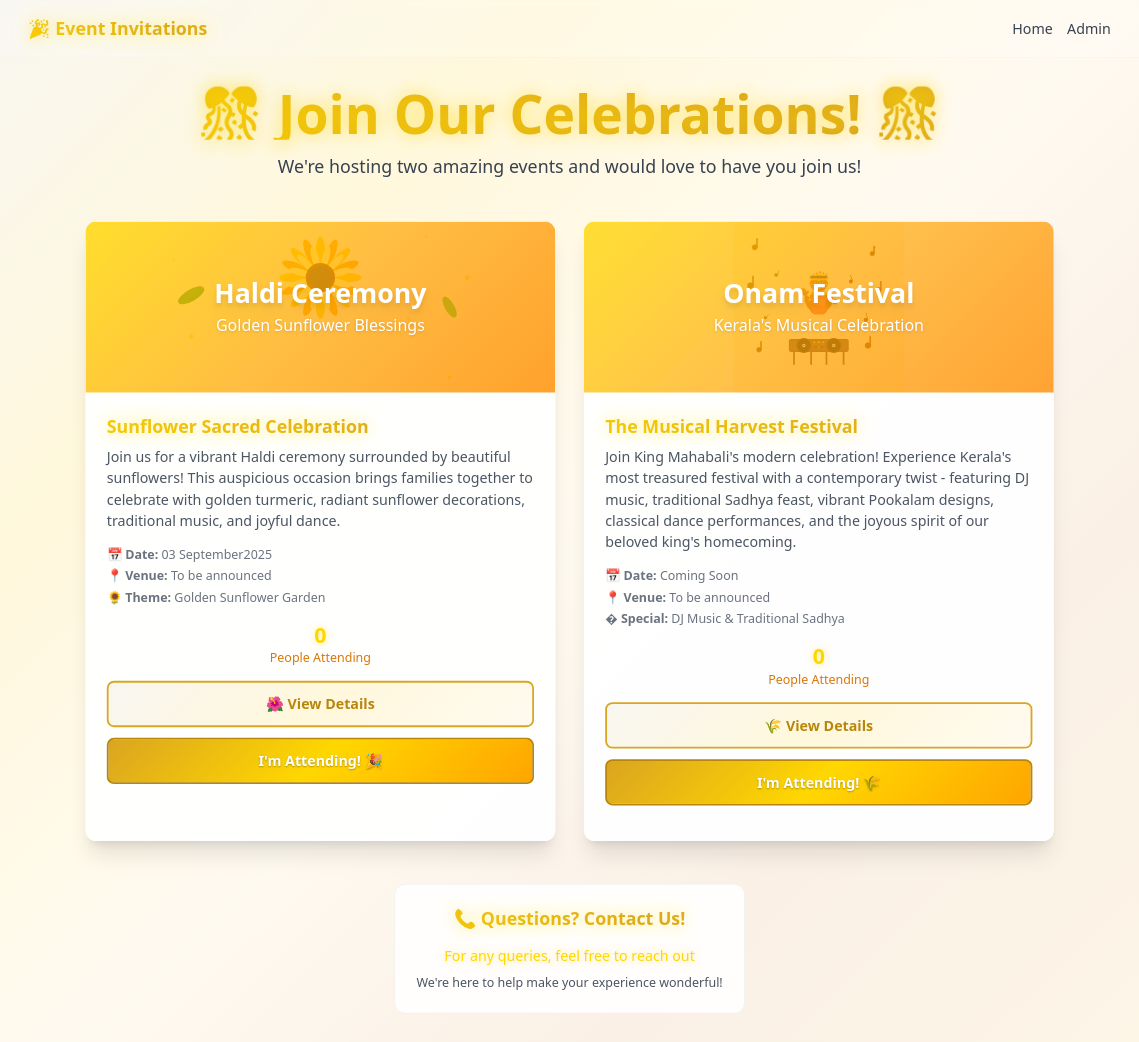
Repository: nanduldas/invitation
Page: http://localhost/
The author's editor kept a copy of each file at every save. The page is drawn from the files as they stood at one save, then again after the next save.
The browser window is 1280 px wide. The pictures show the whole page, at 89% of full size.
Some web libraries are served in a nearby version. The page is served by the project's Laravel application, run on PHP 8.4 with Laravel 12. Queries for data that is not in the repository find no rows.

Above is the page before, as saved 2025-08-30 13:36:00.

After the next save:
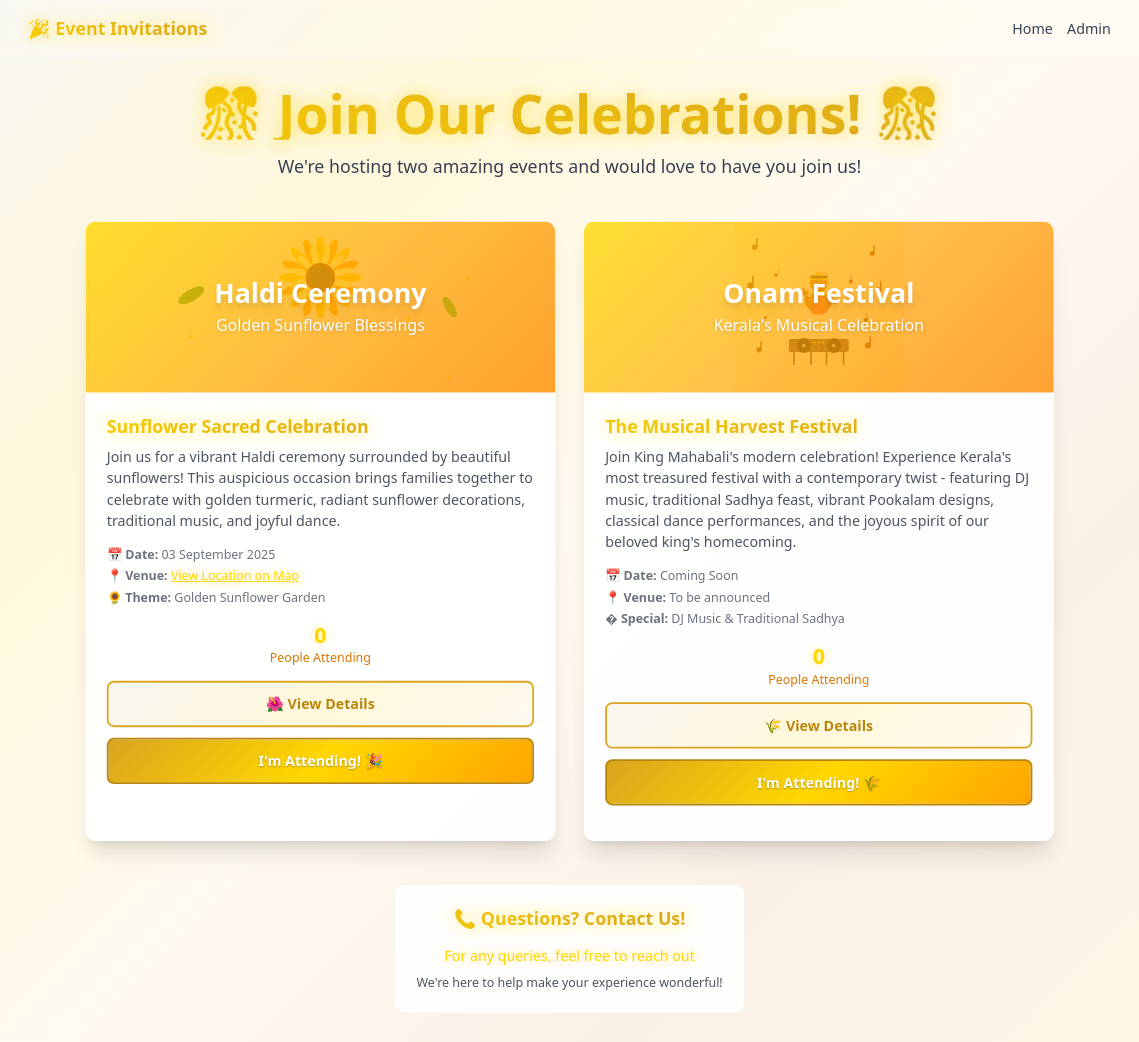
Saved 2 min 42 s later.
--- a/resources/views/events/index.blade.php
+++ b/resources/views/events/index.blade.php
@@ -33,8 +33,8 @@
                         decorations, traditional music, and joyful dance.
                     </p>
                     <div class="text-sm text-gray-500 space-y-1">
-                        <p>📅 <strong>Date:</strong> 03 September2025</p>
-                        <p>📍 <strong>Venue:</strong> To be announced</p>
+                        <p>📅 <strong>Date:</strong> 03 September 2025</p>
+                        <p>📍 <strong>Venue:</strong> <a href="https://maps.app.goo.gl/8pJX4TCWVV1bqgzKA" target="_blank" class="text-gold hover:text-gold-shining underline">View Location on Map</a></p>
                         <p>🌻 <strong>Theme:</strong> Golden Sunflower Garden</p>
                     </div>
                 </div>
